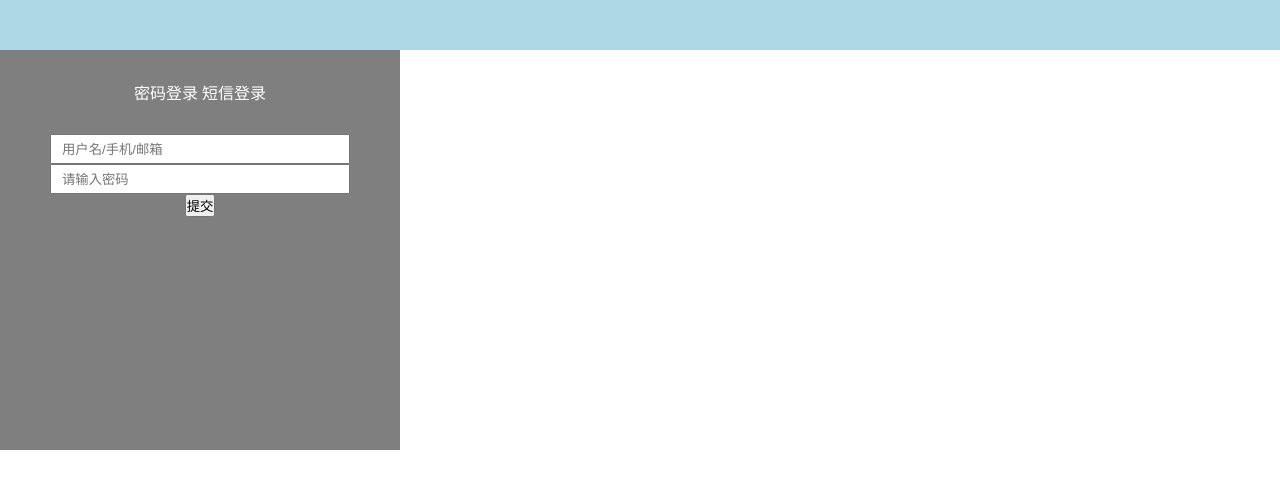
Repository: wxamlzm/campus0714
Page: views/login.html
An editor plug-in stored every save of this project. The page is shown before and after the next save, followed by the edit.
The browser window is 1280 px wide. The pictures show the whole page.

Above is the page before, as saved 2021-07-14 23:01:39.

After the next save:
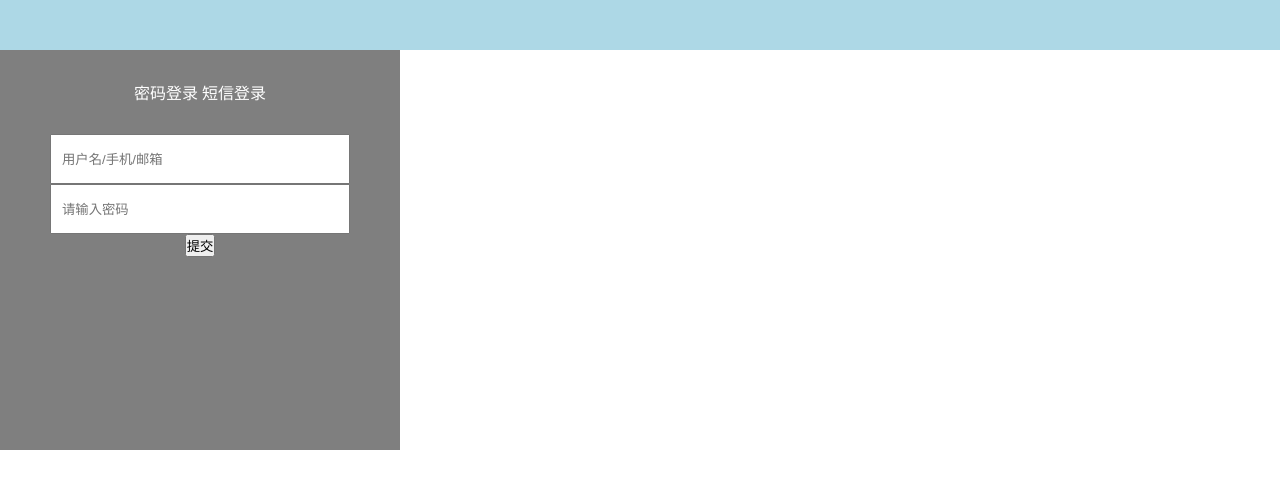
Saved 13 s later.
--- a/views/css/common.css
+++ b/views/css/common.css
@@ -30,6 +30,6 @@ header {
 .login-box .login-input input {
   padding: 2px 0 2px 10px;
   width: 300px;
-  height: 30px;
+  height: 50px;
   box-sizing: border-box;
 }
